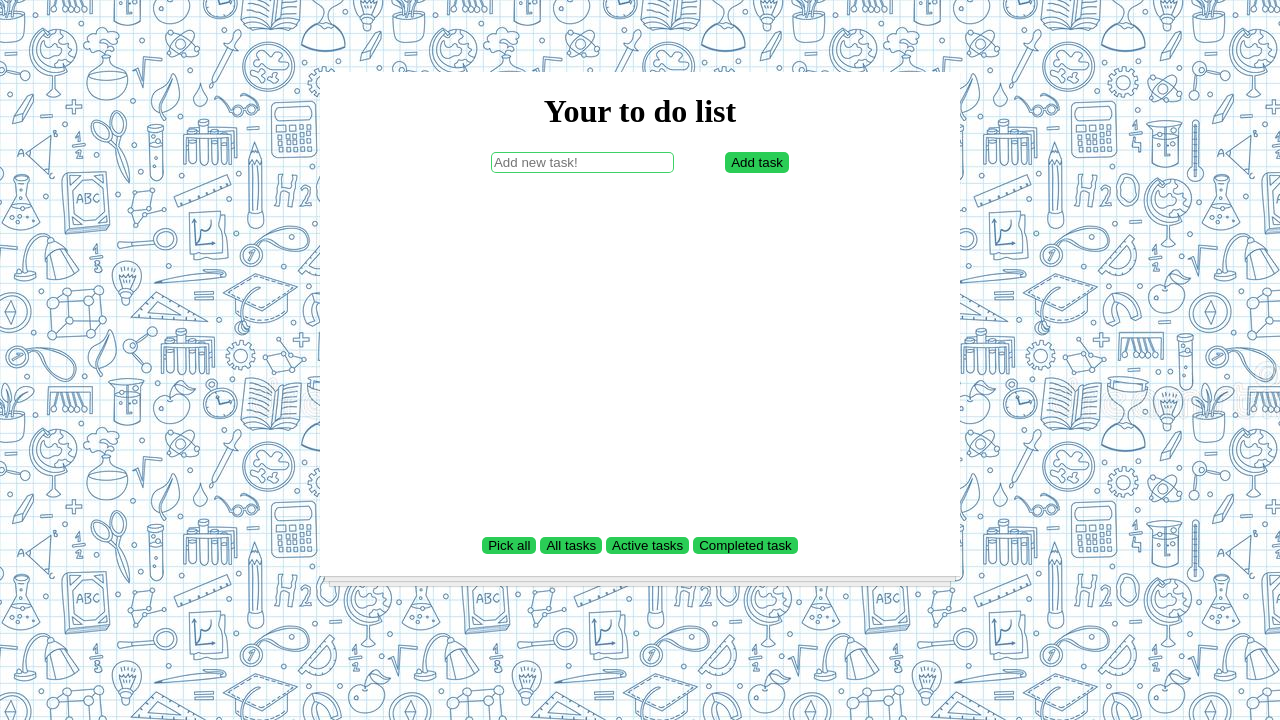
Repository: FetterDev/to-do-v2
Page: index.html
The author's editor kept a copy of each file at every save. The page is drawn from the files as they stood at one save, then again after the next save.
The browser window is 1280 px wide. The pictures show the whole page.

Above is the page before, as saved 2020-07-20 15:20:09.

After the next save:
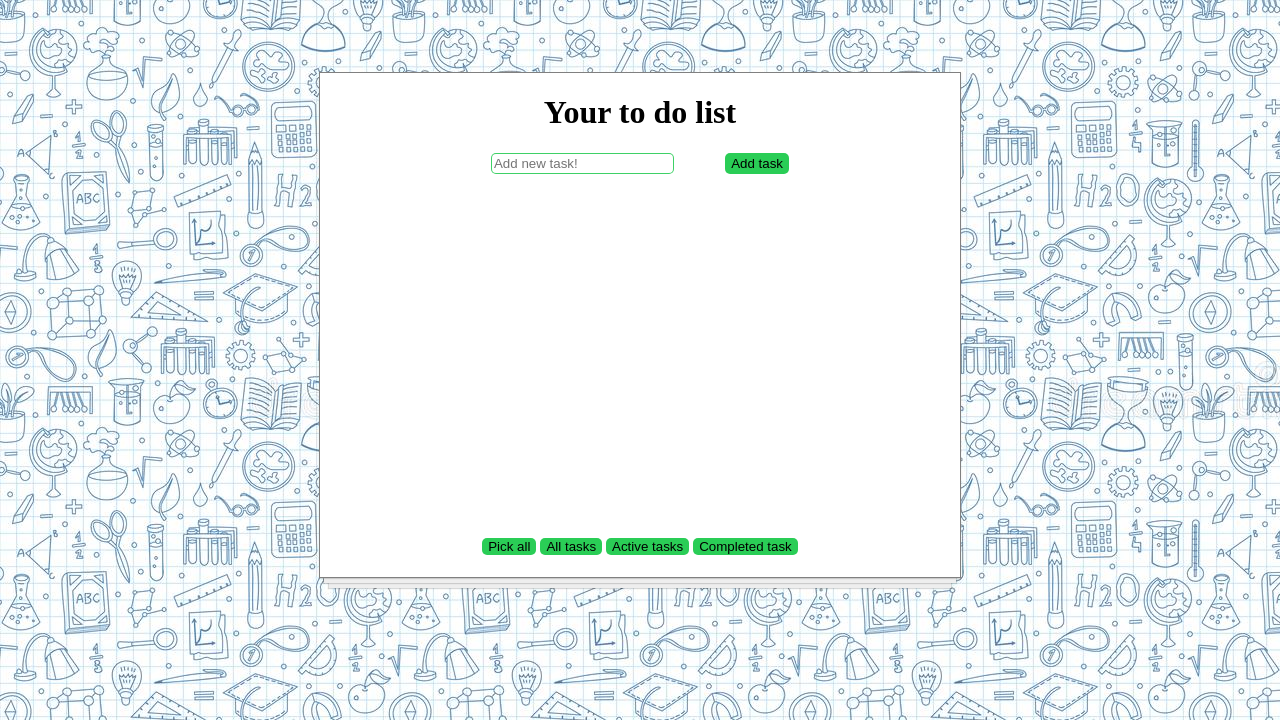
Saved 22 s later.
--- a/style.css
+++ b/style.css
@@ -16,6 +16,7 @@ h1{
     margin-top: 10vh;
     max-width: 50vw;
     min-height: 70vh;
+    border: 1px solid grey;
 
 }
 .paper {
